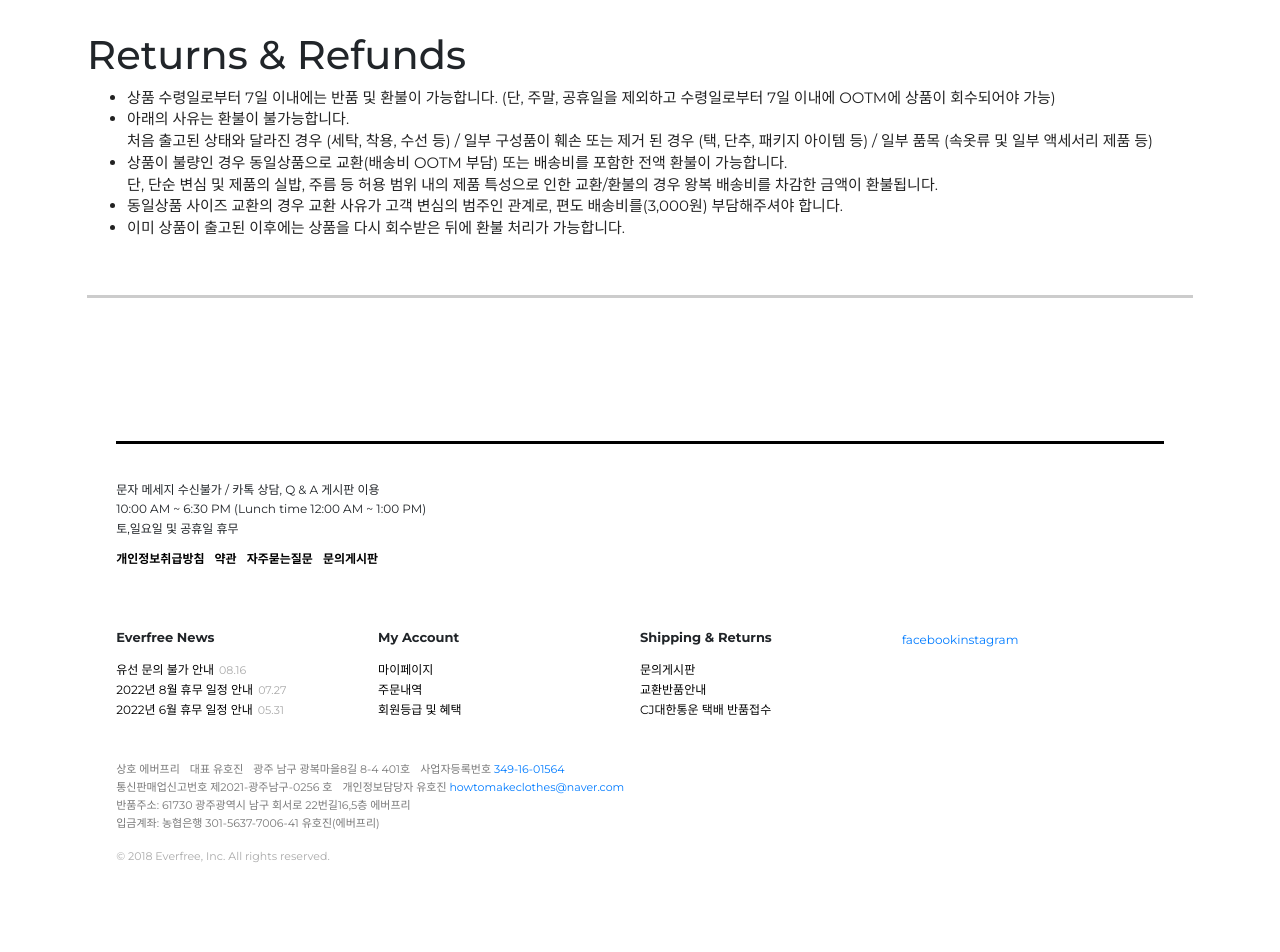
Repository: parkjunhoo/ootm
Page: ootm/src/main/webapp/html/1.html
An editor plug-in stored every save of this project. The page is shown before and after the next save, followed by the edit.
The browser window is 1280 px wide. The pictures show the part of the page from y = 2205 to 3157 px (the page is 3157 px tall before and 3139 px after).
A picture or video elsewhere on the page could not be fetched, so the positions and the page height are approximate.

Above is the page before, as saved 2023-04-23 15:30:38.

After the next save:
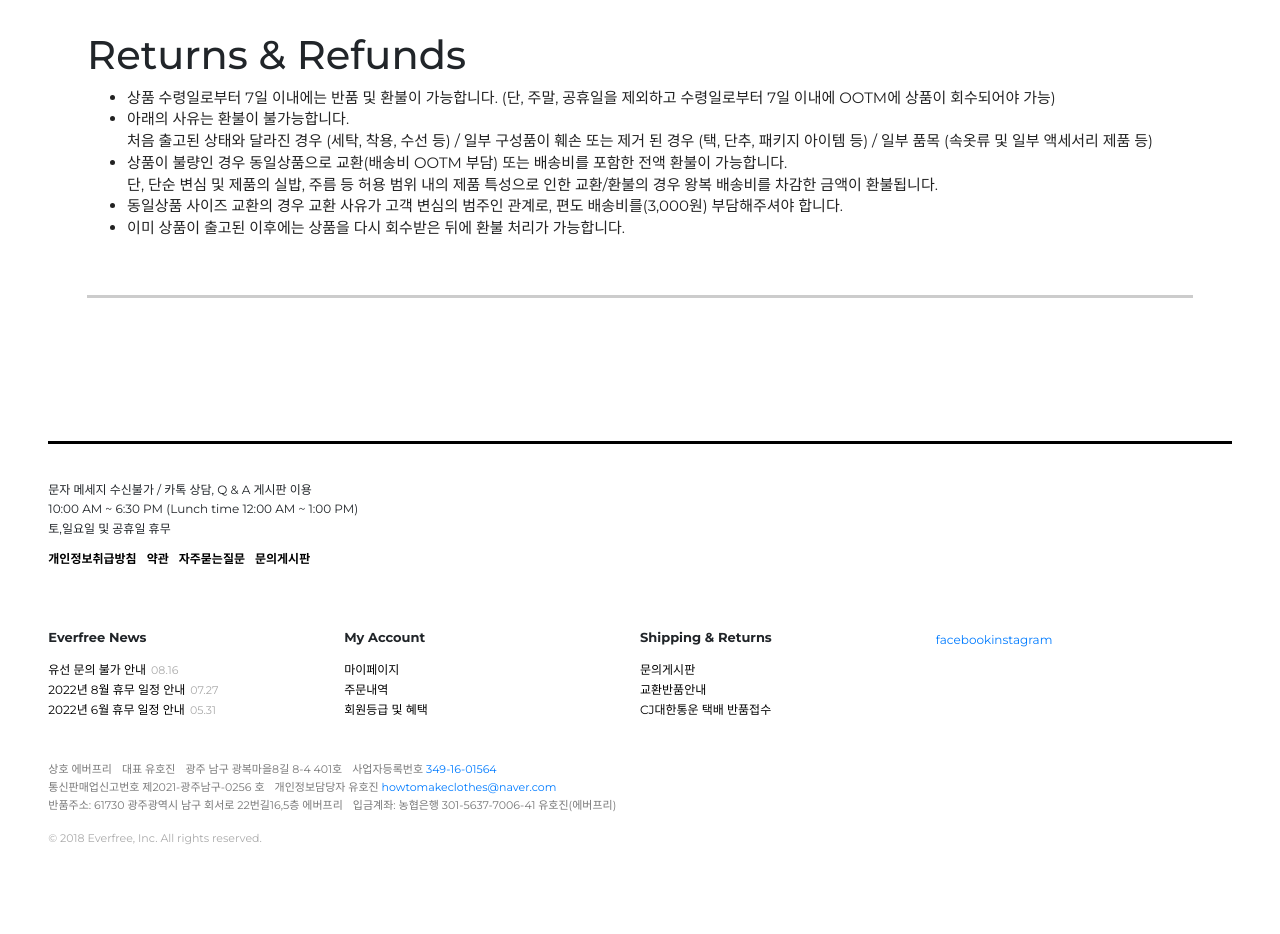
Saved 10 s later.
--- a/ootm/src/main/webapp/html/1.html
+++ b/ootm/src/main/webapp/html/1.html
@@ -299,8 +299,7 @@
 		</ul>
 	</section>
 
-	<!-- 푸터 -->
-	<footer-component> </footer-component>
+
 
 	<script>
 		function submitReview() {
@@ -413,5 +412,7 @@
 
 
 </div>
+<!-- 푸터 -->
+	<footer-component> </footer-component>
 </body>
 </html>
